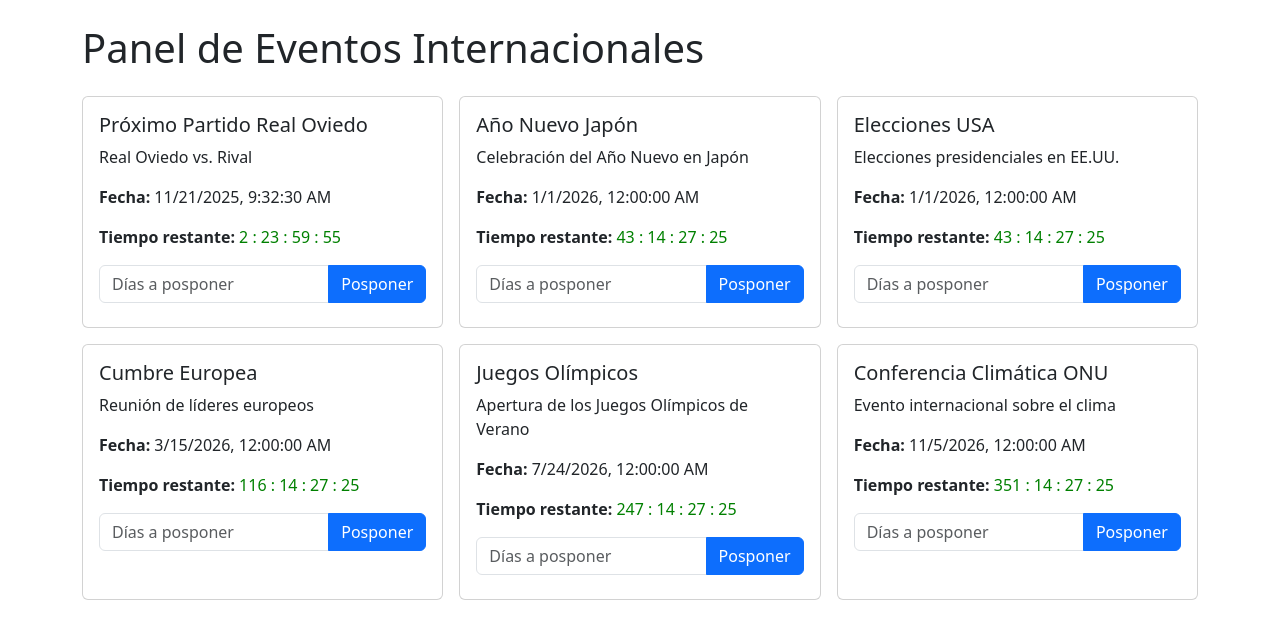
Repository: osoriomrs/DWEC
Page: EJER_16/Ejercicio2/index.html
These files come from the project's save history. The page is drawn as it stood at one moment and after the next save; the edit follows.
The browser window is 1280 px wide. The pictures show the whole page.

Above is the page before, as saved 2026-01-14 11:01:50.

After the next save:
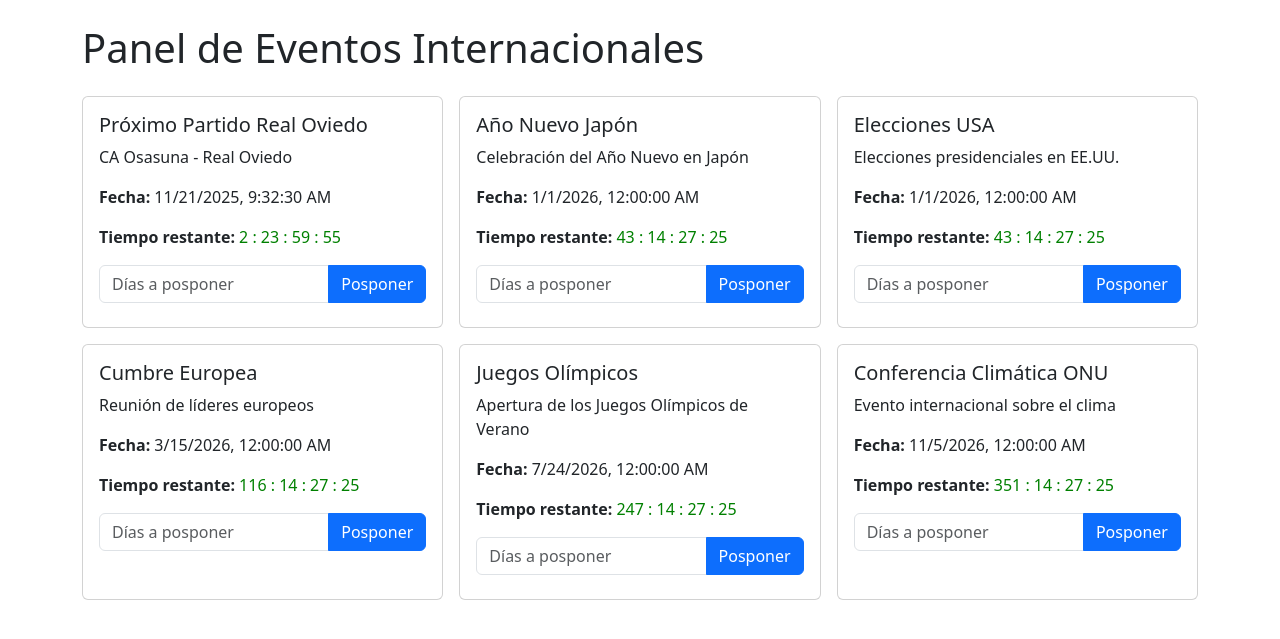
Saved 50 s later.
--- a/EJER_16/Ejercicio2/scripts/app.js
+++ b/EJER_16/Ejercicio2/scripts/app.js
@@ -18,7 +18,7 @@ let eventos = [
   { nombre: "Elecciones USA", descripcion: "Elecciones presidenciales en EE.UU.", fecha: crearFecha(1767225600000) },
   { nombre: "Juegos Olímpicos", descripcion: "Apertura de los Juegos Olímpicos de Verano", fecha: crearFecha("2026-07-24") },
   { nombre: "Conferencia Climática ONU", descripcion: "Evento internacional sobre el clima", fecha: crearFecha(2026, 11, 5) },
-  { nombre: "Próximo Partido Real Oviedo", descripcion: "Real Oviedo vs. Rival", fecha: tresDiasDespues }
+  { nombre: "Próximo Partido Real Oviedo", descripcion: "CA Osasuna - Real Oviedo", fecha: tresDiasDespues }
 ]
 
 function ordenarEventos() {
